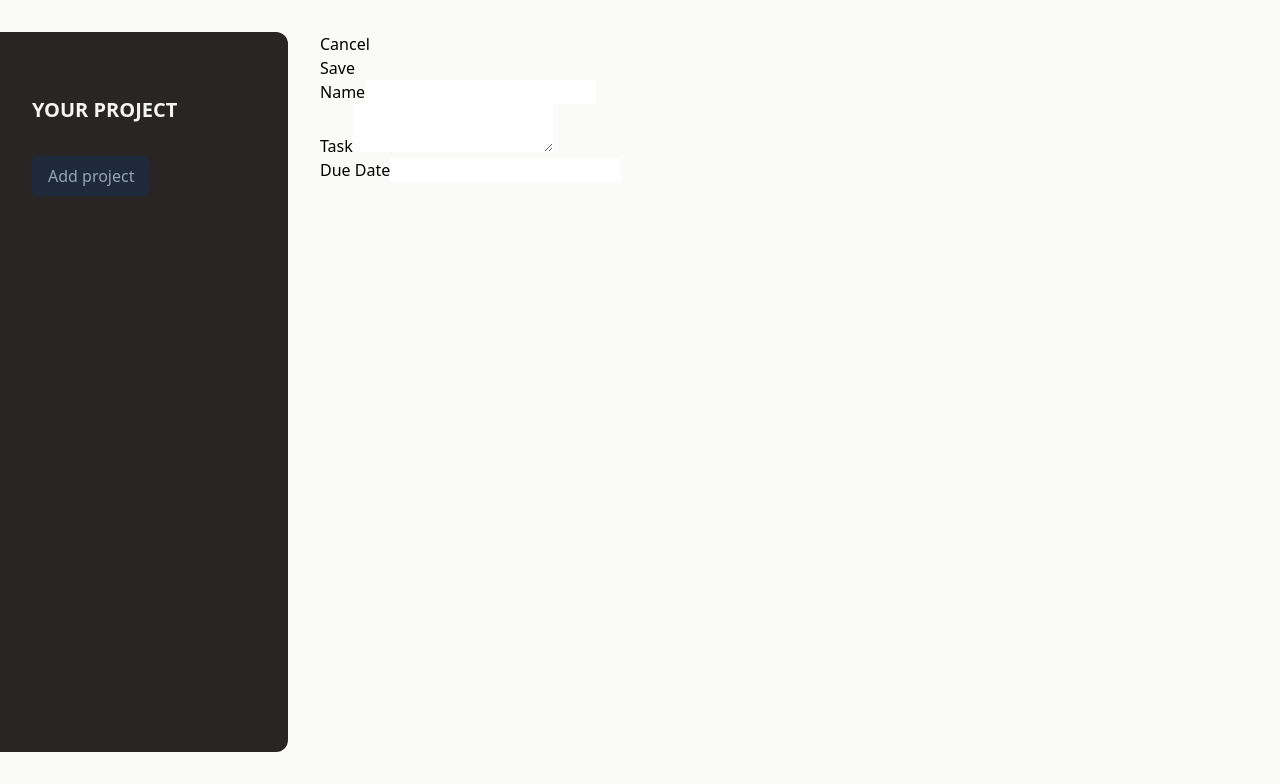
Repository: sibi24sibi/todo-list-using-reactjs
Page: /
The author's editor kept a copy of each file at every save. The page is drawn from the files as they stood at one save, then again after the next save.
The browser window is 1280 px wide. The pictures show the whole page.
The project was rebuilt for these pictures with package versions that can differ from the ones it lists, and the page was loaded fresh each time. Also part of the build but not shown: vite.config.js.

Above is the page before, as saved 2024-06-24 11:58:48.

After the next save:
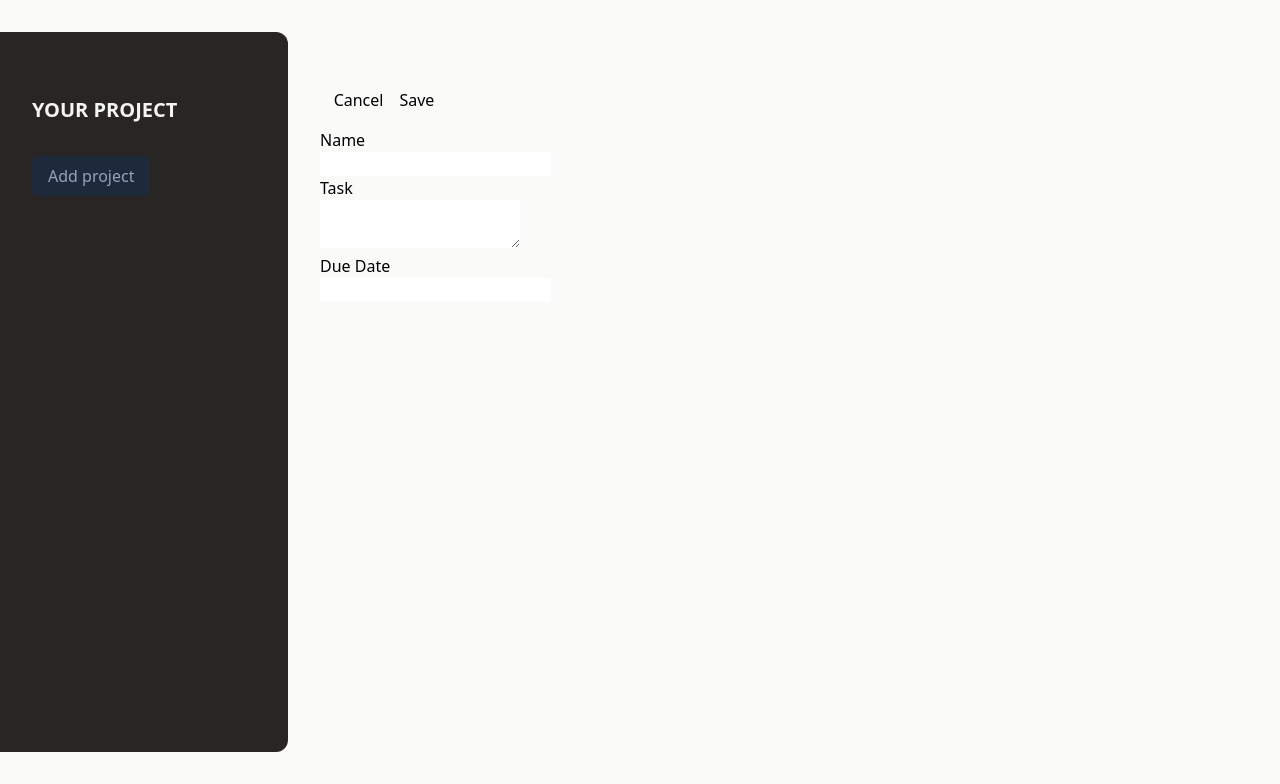
Saved 6 min 2 s later.
--- a/src/assets/Components/Input/NewProjects.jsx
+++ b/src/assets/Components/Input/NewProjects.jsx
@@ -2,8 +2,8 @@ import Input from "./Input";
 
 export default function NewPoject() {
   return (
-    <div>
-      <menu>
+    <div className=" w-32 my-10">
+      <menu className="flex items-center justify-center gap-4 my-4">
         <li>
           <button>Cancel</button>
         </li>
